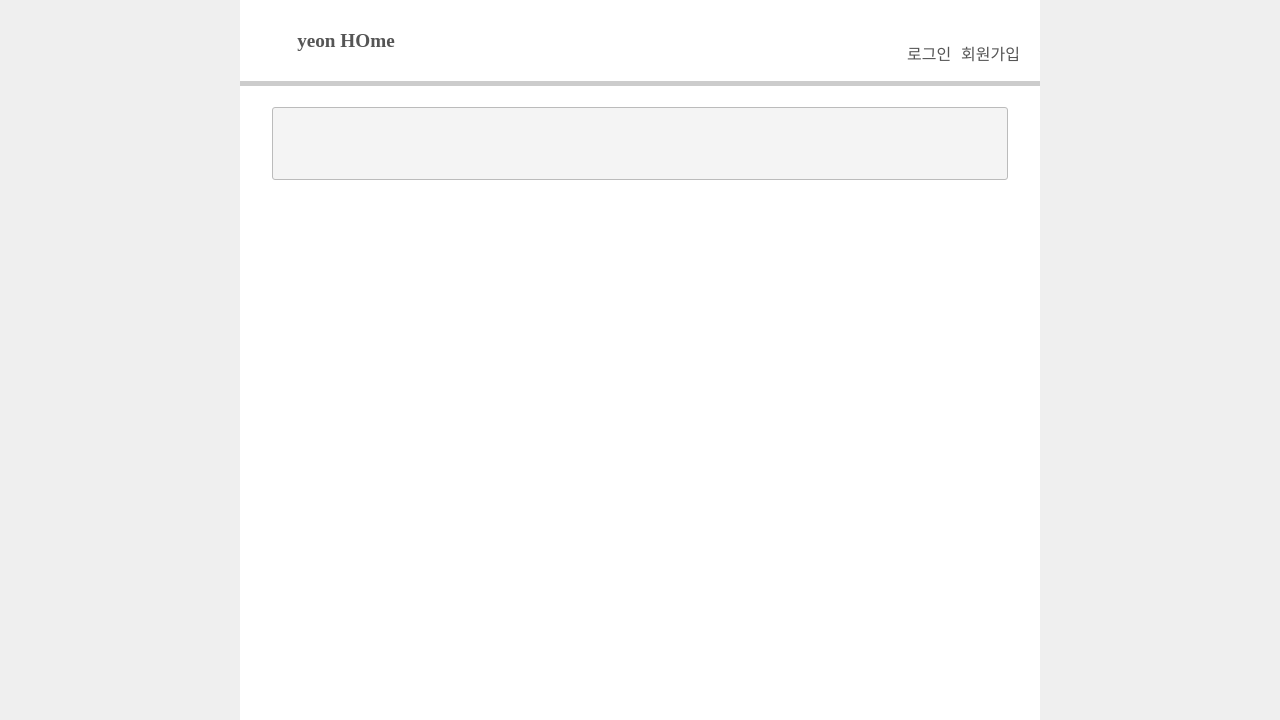
Repository: yeonhwa323/webPro
Page: webPro/src/main/webapp/javascript/days08/ex12.html
These files come from the project's save history. The page is drawn as it stood at one moment and after the next save; the edit follows.
The browser window is 1280 px wide. The pictures show the whole page.
Some web fonts or font styles are not loaded; a fallback is used.

Above is the page before, as saved 2024-04-16 05:40:33.

### webPro/src/main/webapp/javascript/days08/ex12.html
<!DOCTYPE html>
<html>
<head>
<meta charset="UTF-8">
<meta name="viewport" content="width=device-width, initial-scale=1.0">
<title>Insert title here</title>
<link rel="shortcut icon" type="image/x-icon" href="http://localhost/webPro/images/SiSt.ico">
<script src="https://ajax.googleapis.com/ajax/libs/jquery/3.7.1/jquery.min.js"></script>
<link rel="stylesheet" href="http://localhost/webPro/resources/cdn-main/example.css">
<script src="http://localhost/webPro/resources/cdn-main/example.js"></script>
<style>
 span.material-symbols-outlined{
   vertical-align: text-bottom;
 }
</style>
</head>
<body>
<header>
  <h1 class="main"><a href="#" style="position: absolute;top:30px;">yeon HOme</a></h1>
  <ul>
    <li><a href="#">로그인</a></li>
    <li><a href="#">회원가입</a></li>
  </ul>
</header>
<div>
  <xmp class="code">

  </xmp>
</div>
</body>
</html>

### webPro/src/main/webapp/resources/cdn-main/example.css
@charset "UTF-8";

@import url('https://fonts.googleapis.com/css2?family=Material+Symbols+Outlined:opsz,wght,FILL,GRAD@20..48,100..700,0..1,-50..200');

@font-face {
    font-family: 'GmarketSansMedium';
    src: url('https://cdn.jsdelivr.net/gh/projectnoonnu/noonfonts_2001@1.1/GmarketSansMedium.woff') format('woff');
    font-weight: normal;
    font-style: normal;
}

:root {
	--text-color: #555;
	--sub-text-color: #777;
	--back-color: #EFEFEF;
	--header-color: #444;
	--primary-color: #DEDEDE;
	--secondary-color: #EFEFEF;
	--default-width: 800px;
	--narrow-width: 500px;
	--wide-width: 1200px;
	--text-font: 'GmarketSansMedium';
	--icon-font: 'Material Symbols Outlined';
	--border-color: #CCC;
}

html, body {
	margin: 0;
	padding: 0;
}

html {
	background-color: var(--back-color);
	display: flex;
	justify-content: center;
	min-height: 100vh;
}

body, body.default {
	width: var(--default-width);
	background-color: white;
	padding-bottom: 120px;
}

body.wide {
	width: var(--wide-width);
}

body.narrow {
	width: var(--narrow-width);
}



body, p, div, span, a, input, select, option, textarea, button, table, th, td, label, fieldset, legend {
	font-family: var(--text-font);
	color: var(--text-color);
}

h1, h2, h3 {
	font-family: var(--text-font);
	color: var(--header-color);
	padding: 0 1rem;
	padding-top: .5rem;
}

div > h1, div > h2, div > h3 {
	padding: 0;
}

body > div, body > main > div {
	padding: 0.3rem 1rem;
}


h1 { font-size: 2rem; border-bottom: 1px solid var(--border-color); }
h1 small { font-size: 1.2rem; color: var(--sub-text-color); }
h2 { font-size: 1.5rem; border-bottom: 1px dashed var(--border-color); }
h2 small { font-size: 1.1rem; color: --sub-text-color; }
h3 { font-size: 1.2rem; }
h3 small { font-size: 1rem; color: --sub-text-color; }



h1.main::before {
	font-family: var(--icon-font);
  	content: '\e666';
  	margin-right: 10px;
  	float: left;
	font-size: 2.5rem;
}

h1.sub::before {
	font-family: var(--icon-font);
  	content: '\ea19';
  	margin-right: 10px;
  	float: left;
	font-size: 2.5rem;
}


h1.page::before {
	font-family: var(--icon-font);
  	content: '\e0e0';
  	margin-right: 10px;
  	float: left;
	font-size: 2.5rem;
}

body > header > ul > li > .active{
	background-color: #FFF;
	color:#F00;
}

body > header {
	display: flex;
	justify-content: space-between;
	border-bottom: 5px solid var(--border-color);
	min-height: 74px;
	background-color: #FFF;
}

body > header.sticky {
	position: sticky;
	top: 0;
	z-index: 98;
}

body > header > h1 {
	font-size: 1.2rem;
	border: 0;
}

body > header.in > h1::before {
	font-family: var(--icon-font);
  	content: '\e332‥';
  	margin-right: 3px;
  	float: left;
	font-size: 2rem;
}


body > header > ul {
	list-style-type: none;
	display: flex;
	align-items: flex-end;
	margin-right: 10px;
}

body > header > ul > li {
	margin-right: 10px;
	cursor: pointer;
}

body > header > ul > li > a {
	cursor: pointer;
}


form {
	display: block;
}

form > div {
	padding: 0.3rem 1rem;
}

div > form > div {
	padding: 0.3rem 0;
}

input, textarea, button, select {
	border: 1px solid #BBB;
	border-radius: 3px;
	outline: none;
	resize: none;
	padding: 7px;
	margin: 0;
}

input[type=text]:read-only, textarea:read-only {
	cursor: not-allowed;
	background-color: #FFF;
}

input[type=text]:disabled, textarea:disabled {
	cursor: not-allowed;
	background-color: #EEE;
}

input[type=text], input[type=password], textarea, button, select {
	/* width: 300px; */
}

textarea {
	display: block;
	height: 100px;
}

input[type=button], input[type=submit], button {
	/* width: inherit; */
}

input.short, textarea.short, button.short, select.short {
	width: 100px;
}

input.long, textarea.long, button.long, select.long {
	width: 350px;
}

.narrow input.long, .narrow textarea.long, .narrow button.long, .narrow select.long {
	width: calc(100% - 20px);
}

input.full, textarea.full, button.full, select.full {
	width: calc(100% - 20px);
}

textarea.short {
	height: 50px;
}

textarea.long {
	height: 100px;
}

textarea.full {
	height: 200px;
}

input, textarea {
	padding-top: 8px;
}

input[type=button], input[type=submit], button {
	padding: 5px 10px;
	background-color: var(--secondary-color);
	cursor: pointer;
	min-height: 36px;
}

input[type=button].primary, input[type=submit].primary, button.primary {
	/* background-color: rgba(100, 149, 237, .2); */
	background-color: var(--primary-color);
}

input[type=button].primary:hover, input[type=submit].primary:hover, button.primary:hover {
	/* background-color: rgba(100, 149, 237, .3); */
	background-color: var(--secondary-color);
}

input[type=button]:hover, input[type=submit]:hover, button:hover {
	background-color: var(--primary-color);
}

button {
	position: relative;
	left: 0;
	top: 0;
	padding-left: 35px;
}

button .material-symbols-outlined {
	position: absolute;
	left: 10px;
	top: 4px;
}

/* k2nik add */
button.login::before {
	font-family: var(--icon-font);
  	content: '\ea77';
	position: absolute;
	left: 11px;
	top: 4px;
	font-size: 1.25rem;
}

/* k2nik logout */
button.logout::before {
	font-family: var(--icon-font);
  	content: '\e9ba';
	position: absolute;
	left: 11px;
	top: 4px;
	font-size: 1.25rem;
}

/* k2nik help */
button.help::before {
	font-family: var(--icon-font);
  	content: '\f1c0';
	position: absolute;
	left: 11px;
	top: 4px;
	font-size: 1.25rem;
}

button.add::before{
	font-family: var(--icon-font);
  	content: '\e746';
	position: absolute;
	left: 11px;
	top: 4px;
	font-size: 1.25rem;
}

button.back::before {
	font-family: var(--icon-font);
  	content: '\e166';
	position: absolute;
	left: 11px;
	top: 4px;
	font-size: 1.25rem;
}

button.list::before {
	font-family: var(--icon-font);
  	content: '\e0ee';
	position: absolute;
	left: 11px;
	top: 4px;
	font-size: 1.25rem;
}


button.del::before {
	font-family: var(--icon-font);
  	content: '\e872';
	position: absolute;
	left: 11px;
	top: 4px;
	font-size: 1.25rem;
}


button.edit::before {
	font-family: var(--icon-font);
  	content: '\e745';
	position: absolute;
	left: 11px;
	top: 4px;
	font-size: 1.25rem;
}


button.login::before {
	font-family: var(--icon-font);
  	content: '\ea77';
	position: absolute;
	left: 11px;
	top: 4px;
	font-size: 1.25rem;
}


button.logout::before {
	font-family: var(--icon-font);
  	content: '\e9ba';
	position: absolute;
	left: 11px;
	top: 4px;
	font-size: 1.25rem;
}


button.in::before {
	font-family: var(--icon-font);
  	content: '\f71a';
	position: absolute;
	left: 11px;
	top: 4px;
	font-size: 1.25rem;
}


button.out::before {
	font-family: var(--icon-font);
  	content: '\f70e';
	position: absolute;
	left: 11px;
	top: 4px;
	font-size: 1.25rem;
}


button.reply::before {
	font-family: var(--icon-font);
  	content: '\e15e';
	position: absolute;
	left: 11px;
	top: 4px;
	font-size: 1.25rem;
}


button.comment::before {
	font-family: var(--icon-font);
  	content: '\e0b9';
	position: absolute;
	left: 11px;
	top: 4px;
	font-size: 1.25rem;
}


button.modal::before {
	font-family: var(--icon-font);
  	content: '\e89e';
	position: absolute;
	left: 11px;
	top: 4px;
	font-size: 1.25rem;
}


button.ok::before {
	font-family: var(--icon-font);
  	content: '\e86c';
	position: absolute;
	left: 11px;
	top: 4px;
	font-size: 1.25rem;
}


button.cancel::before {
	font-family: var(--icon-font);
  	content: '\e5c9';
	position: absolute;
	left: 11px;
	top: 4px;
	font-size: 1.25rem;
}

button.search::before {
	font-family: var(--icon-font);
  	content: '\e8b6';
	position: absolute;
	left: 11px;
	top: 4px;
	font-size: 1.25rem;
}

button.home::before {
	font-family: var(--icon-font);
  	content: '\e88a';
	position: absolute;
	left: 11px;
	top: 4px;
	font-size: 1.25rem;
}


button.sidebar::before {
	font-family: var(--icon-font);
  	content: '\f7e4';
	position: absolute;
	left: 11px;
	top: 4px;
	font-size: 1.25rem;
}


button.sidebar-right::before {
	font-family: var(--icon-font);
  	content: '\f7e5';
	position: absolute;
	left: 11px;
	top: 4px;
	font-size: 1.25rem;
}




button::before {
	font-family: var(--icon-font);
  	content: '\e323';
	position: absolute;
	left: 11px;
	top: 4px;
	font-size: 1.25rem;
}


table {
	border-collapse: collapse;
	margin: 1rem;
	box-sizing: border-box;
	width: calc(100% - 32px);
}

table.content {
	width: auto;
}

div > table {
	margin: 0;
}

table th, table td {
	border: 1px solid var(--border-color);
	padding: 7px;
	font-weight: normal;
}

table th {
	background-color: var(--back-color);
}

table.vertical th {
	width: 150px;
}

table.vertical td {
	width: calc(100% - 182px);
	padding-left: 10px;
}

table.content td, table.content th {
	width: auto;
}

body.narrow table.vertical th {
	width: 100px;
}

body.narrow table.vertical td {
	width: calc(100% - 182px);
}


table + table {
	margin-top: 30px;
}


p {
	padding: 0 1rem;
}

a {
	text-decoration: none;
}

a:hover {
	color: rgba(255, 99, 71, .7);
}

hr {
	border: 0;
	border-top: 1px solid var(--border-color);
	margin: 2rem 0;
}

.message {
	border: 1px solid var(--border-color);
	background-color: #EFEFEF;
	margin: 1rem;
	width: auto;
	padding-top: 10px;
	padding-bottom: 10px;
	font-size: 14px;
}

.message[title]::before {
	content: attr(title);
	display: block;
	border-bottom: 1px solid var(--border-color);
	padding-bottom: 5px;
	margin-bottom: 10px;
	margin-top: 7px;
}

.message.short {
	max-width: 250px;
}

.message.long {
	max-width: 500px;
}

.badge {
	float: right;
	font-size: .8rem;
	margin-top: 2px;
	margin-right: 2px;
	text-shadow: 0 0 7px gray;
}

.badge.left {
	float: none;
	margin-left: 2px;
}

.badge.right {
	float: right;
}

.badge.red {
	border-radius: 50%;
	padding: 2px 5px;
	background-color: rgb(255, 99, 71, .3);
}

.badge.yellow {

	border-radius: 50%;
	padding: 2px 5px;
	background-color: rgb(255, 215, 0, .5);
}

.badge.blue {
	border-radius: 50%;
	padding: 2px 5px;
	background-color: rgb(100, 149, 237, .3);
}

label + label {
	margin-left: 7px;
}

label input[type=checkbox], label input[type=radio] {
	transform: translate(0, 1px);
}

.group {
	display: flex;
}

.modal-content .group {
	margin-bottom: .5rem;
}

.group label {
	border: 1px solid #BBB;
	border-radius: 3px;
	outline: none;
	resize: none;
	padding: 7px 14px;
	margin: 0;
	border-top-right-radius: 0;
	border-bottom-right-radius: 0;
	background-color: #EFEFEF;
	white-space: nowrap;
	font-size: 14px;
}

.group input[type=text] {
	margin-left: -1px;
	border-top-left-radius: 0;
	border-bottom-left-radius: 0;
}

.group select {
	margin-left: -1px;
	border-top-left-radius: 0;
	border-bottom-left-radius: 0;
}

.group input.full[type=text] {
	margin-left: -1px;
	border-top-left-radius: 0;
	border-bottom-left-radius: 0;
	width: 100%;
}

.group input[type=button]:first-child, .group button:first-child {
	border-top-left-radius: 3px;
	border-bottom-left-radius: 3px;
	margin-left: 0px;
}

.group input[type=button], .group button {
	border-radius: 0;
	margin-left: -1px;
}

.group input[type=button]:last-child, .group button:last-child {
	margin-left: -1px;
	border-top-right-radius: 3px;
	border-bottom-right-radius: 3px;
}

.seperate {
	display: flex;
	justify-content: space-between;
}

div.list {
	width: max-content;
	margin: 1rem;
	border: 1px solid #BBB;
	border-radius: 3px;
	padding: 0;
}

div.list.full {
	width: auto;
	display: block;
	margin: 1rem;
	border: 1px solid #BBB;
	border-radius: 3px;
	padding: 0;
}

div.list > div {
	padding: .5rem 1rem;
	margin: 0;
	border-bottom: 1px solid #BBB;
}

div.list > div:last-child {
	border-bottom: 0;
}

pre.code , xmp.code{
	font-family: consols;
	background-color: rgba(150, 150, 150, .1);
	border: 1px solid #BBB;
	border-radius: 3px;
	padding: .5rem 1rem;
	padding-bottom: .6rem;
	margin: 1rem;
}




*[data-modal-window] {
	position: fixed;
	background-color: rgba(0, 0, 0, .3);
	left: 0;
	top: 0;
	display: none;
	justify-content: center;
	align-items: flex-start;
	width: 100%;
	min-height: 100vh;
	z-index: 100;
	opacity: 0;
	transition: 500ms all;
}

*[data-modal-window] .modal-container {
	border-radius: 5px;
	padding: 1rem;
	padding-bottom: .5rem;
	margin-top: -500px;
	opacity: 0;
	width: 500px;
	background-color: #FFF;
	margin-right: 2rem;
	transition: 500ms all;
}

*[data-modal-size=content] .modal-container {
	width: auto;
}

*[data-modal-size=narrow] .modal-container {
	width: 300px;
}

*[data-modal-size=wide] .modal-container {
	width: 760px;
}


*[data-modal-window] .modal-header {
	border-bottom: 1px solid var(--border-color);
	padding: 2px 5px;
}

*[data-modal-window] .modal-content {
	padding: 1rem 5px;
}

*[data-modal-window] .modal-content div:last-child {
	margin-top: 1rem;
	text-align: right;
}



*[data-sidebar-window] {
	position: fixed;
	background-color: #FFF;
	left: 0;
	top: 0;
	display: block;
	width: 300px;
	border-right: 1px solid var(--border-color);
	box-sizing: border-box;
	box-shadow: 0 0 3px var(--back-color);
	min-height: 100vh;
	z-index: 99;
	transform: translate(-300px, 0);
	transition-duration: 500ms;
	transition-property: transform;
}

*[data-sidebar-direction=right] {
	left: auto;
	right: 0;
	transform: translate(300px, 0);
	border-left: 1px solid var(--border-color);
}

*[data-sidebar-size=wide] {
	width: 500px;
	transform: translate(-500px, 0);
}

*[data-sidebar-window] .sidebar-title {
	border-bottom: 1px solid var(--border-color);
	margin-top: 20px;
	margin-bottom: 20px;
	padding-bottom: 5px;
	display: flex;
	justify-content: space-between;
}

*[data-sidebar-window] .sidebar-title span:last-child {
	cursor: pointer;
}


/* K2Nik pagination */
.center {
  text-align: center;
}

.pagination {
  display: inline-block;
}

.pagination a {
  color: black;
  float: left;
  padding: 3px 6px;
  text-decoration: none;
  transition: background-color .3s;
  border: 1px solid #ddd;
  margin: 0 3px;
}

.pagination a.active {
  background-color: #4CAF50;
  color: white;
  border: 1px solid #4CAF50;
}

.pagination a:hover:not(.active) {background-color: #ddd;}

### webPro/src/main/webapp/resources/cdn-main/example.js

window.onload = () => {

    const list = document.querySelectorAll('input, textarea');

    list.forEach(item => {
        item.setAttribute('autocomplete', 'off');
    });


    const modal_btn_list = document.querySelectorAll('*[data-modal-button]');

    modal_btn_list.forEach(item => {
        item.onclick = function() {

            const name = this.dataset['modalButton'];
            const modal_window = document.querySelector('*[data-modal-window=' + name);

            const container = document.createElement('div');
            container.className = 'modal-container';



            const modal_header = document.createElement('div');
            modal_header.textContent = modal_window.dataset['modalTitle'];
            modal_header.className = 'modal-header';
            container.appendChild(modal_header);

            const modal_content = document.createElement('div');
            modal_content.className = 'modal-content';
            container.appendChild(modal_content);

            Array.from(modal_window.childNodes).forEach(item => {
                modal_content.appendChild(item);
            });

            modal_window.appendChild(container);

            modal_window.style.display = 'flex';

            setTimeout(() => {
                modal_window.style.opacity = 1;
                container.style.marginTop = '20px';
                container.style.opacity = 1;
            }, 50);


            const modal_ok = document.querySelector('*[data-modal-ok=' + name);
            modal_ok.addEventListener('click', function() {
                modal_window.style.opacity = 0;
                container.style.marginTop = '-500px';
                container.style.opacity = 0;

                setTimeout(() => {
                    modal_window.innerHTML = modal_content.innerHTML;
                    modal_window.style.display = 'none';
                }, 500);

            });

            const modal_cancel = document.querySelector('*[data-modal-cancel=' + name);
            modal_cancel.addEventListener('click', function() {

                modal_window.style.opacity = 0;
                container.style.marginTop = '-500px';
                container.style.opacity = 0;

                setTimeout(() => {
                    modal_window.innerHTML = modal_content.innerHTML;
                    modal_window.style.display = 'none';
                }, 500);
            });


        };
    });


    const sidebar_btn_list = document.querySelectorAll('*[data-sidebar-button]');

    sidebar_btn_list.forEach(item => {
        item.onclick = function() {



            const name = this.dataset['sidebarButton'];
            const sidebar_window = document.querySelector('*[data-sidebar-window=' + name);

            if (sidebar_window.style.transform == 'translate(0px, 0px)') return;



            sidebar_window.style.transform = 'translate(0, 0)';

            const sidebar_title = document.createElement('div');
            sidebar_title.className = 'sidebar-title';
            sidebar_title.innerHTML = '<span>' + sidebar_window.dataset['sidebarTitle'] + '</span><span class="material-symbols-outlined">close</span>';

            sidebar_title.children[1].onclick = function() {

                let sign = 1;
                let distance = 300;

                if (sidebar_window.dataset['sidebarDirection'] != 'right') {
                    sign = -1;
                } else {
                    sign = 1;
                }

                if (sidebar_window.dataset['sidebarSize'] != 'wide') {
                    distance = 300;
                } else {
                    distance = 500;
                }

                distance *= sign;

                sidebar_window.style.transform = 'translate(' + distance + 'px, 0)';

                setTimeout(function() {
                    sidebar_window.removeChild(sidebar_window.children[0]);
                }, 500);
            };


            sidebar_window.prepend(sidebar_title);

        }
    });

};

// window.onkeydown = function(event) {

//     if (event.keyCode == 27) {
//         if (document.querySelector('[data-modal-window').style.display == 'flex') {
//             document.querySelector('[data-modal-window').style.display = 'none';
//         }
//     }

// };

After the next save:
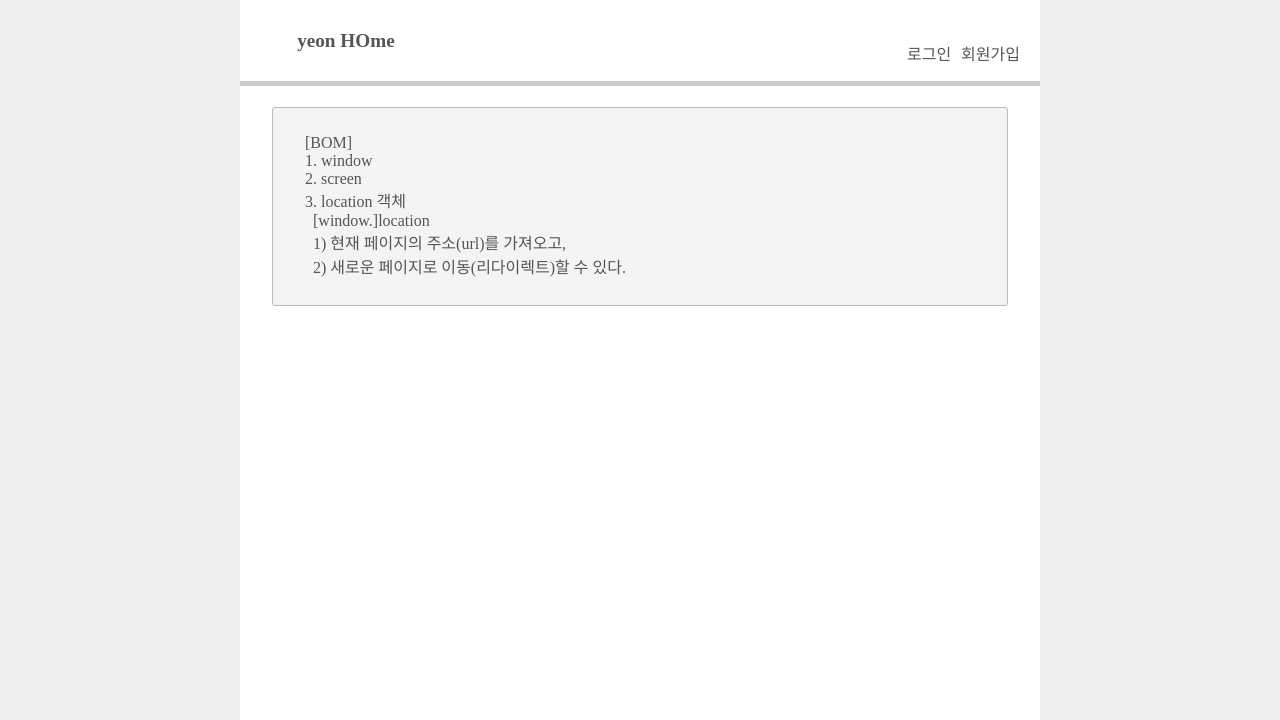
Saved 62 s later.
--- a/webPro/src/main/webapp/javascript/days08/ex12.html
+++ b/webPro/src/main/webapp/javascript/days08/ex12.html
@@ -24,7 +24,13 @@
 </header>
 <div>
   <xmp class="code">
-
+    [BOM]
+    1. window
+    2. screen
+    3. location 객체
+      [window.]location
+      1) 현재 페이지의 주소(url)를 가져오고,
+      2) 새로운 페이지로 이동(리다이렉트)할 수 있다.
   </xmp>
 </div>
 </body>
